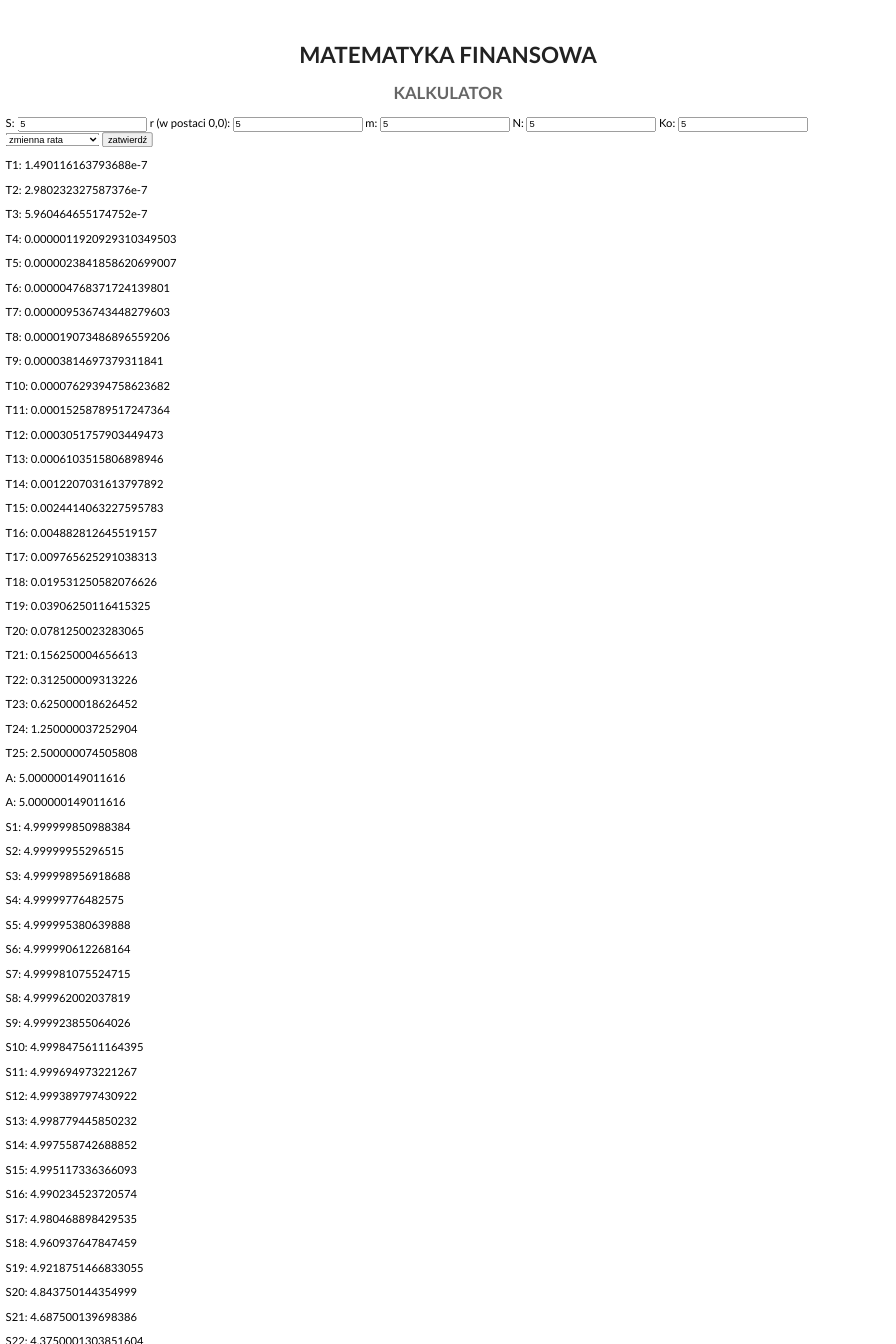
Repository: ravkita/MFCalc
Page: index.html
These files come from the project's save history. The page is drawn as it stood at one moment and after the next save; the edit follows.
The browser window is 1280 px wide. The pictures show the part of the page from y = 0 to 1920 px (the page is 2956 px tall before and 720 px after), at 70% of full size.
Empty fields were first filled with sample values (such as "Sample", 5 or name@example.com).
After loading, the first visible `#confirm` was clicked once.

Above is the page before, as saved 2021-04-12 18:55:54.

After the next save:
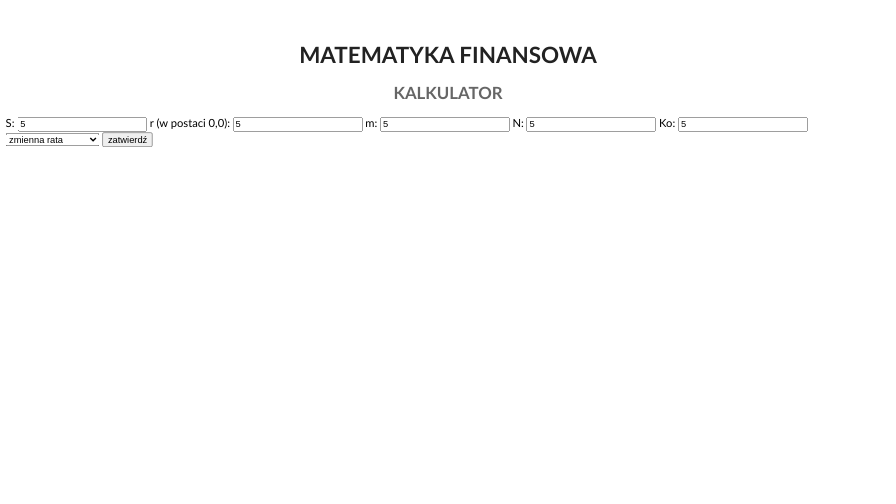
Console error: ReferenceError: sumatn is not defined
Saved 14 min 35 s later.
--- a/index.html
+++ b/index.html
@@ -58,6 +58,10 @@
         let a;
         let Ko;
         let Sn = [];
+
+        // RATY
+
+
         function rataStała(){
             const el = document.createElement("p");
             let t = s/(m*N);
@@ -66,13 +70,21 @@
         }
         function rataZmienna(){
             let tn = [];
+            let sumaTn = 0;
                 for(let i = 1; i<=N*m; i++){
                     const el = document.createElement("p");
                     tn[i-1] = s*((Math.pow(q, i) - Math.pow(q, i-1))/(Math.pow(q, m*N) - 1));
+                    sumatn += tn[i-1];
                     el.innerText = `T${i}: ${tn[i-1]}`;
                     document.querySelector('.result').appendChild(el);
                 }
-        }
+                const suma = document.createElement("p");
+            suma.innerText = `Suma rat: ${sumaTn}`;
+            document.querySelector('.result').appendChild(suma);
+        }
+
+        //KWOTA PŁATNOŚCI
+
         function kwotaPlatnosciStala(){
             const el = document.createElement("p");
             a = s*Math.pow(q, m*N)*((q-1)/(Math.pow(q, m*N)-1));
@@ -87,14 +99,8 @@
                 document.querySelector('.result').appendChild(el);
             }
         }
-        function narastanieKapitału(){
-            for(let i = 1; i<=N; i++){
-                const el = document.createElement("p");
-                let Kn = Ko*(Math.pow((1+(r/m)), i*m));
-                el.innerText = `K${i}: ${Kn}`;
-                document.querySelector('.result').appendChild(el);
-            }
-        }
+
+        // ODSETKI
         function odsetkiPrzyStalejRacie(){
             for(let i = 1; i<=N*m; i++){
                 const el = document.createElement("p");
@@ -103,15 +109,7 @@
                 document.querySelector('.result').appendChild(el);
             }
         }
-        function saldoPrzyStałejKwocie(){
-            kwotaPlatnosciStala();
-            for(let i = 1; i<=N*m; i++){
-                const el = document.createElement("p");
-                Sn[i-1] = s*(Math.pow((1+(r/m)), i)) - a*((Math.pow((1+(r/m)), i)-1)/((1+(r/m))-1));
-                el.innerText = `S${i}: ${Sn[i-1]}`;
-                document.querySelector('.result').appendChild(el);
-            }
-        }
+
         function odsetkiPrzyStalejKwocie(){
             saldoPrzyStałejKwocie();
             let On
@@ -133,6 +131,43 @@
             suma.innerText = `Suma odsetek: ${sumaO}`;
             document.querySelector('.result').appendChild(suma);
         }
+
+
+        //SALDO
+        function saldoPrzyStałejKwocie(){
+            kwotaPlatnosciStala();
+            for(let i = 1; i<=N*m; i++){
+                const el = document.createElement("p");
+                Sn[i-1] = s*(Math.pow((1+(r/m)), i)) - a*((Math.pow((1+(r/m)), i)-1)/((1+(r/m))-1));
+                el.innerText = `S${i}: ${Sn[i-1]}`;
+                document.querySelector('.result').appendChild(el);
+            }
+        }
+
+        function saldoPrzyStałejRacie(){
+            kwotaPlatnosciStala();
+            for(let i = 1; i<=N*m; i++){
+                const el = document.createElement("p");
+                let SnS = s*(1-(i/(N*m)));
+                el.innerText = `S${i}: ${SnS}`;
+                document.querySelector('.result').appendChild(el);
+            }
+        }
+
+
+        //NARASTANIE KAPITAŁU
+
+        function narastanieKapitału(){
+            for(let i = 1; i<=N; i++){
+                const el = document.createElement("p");
+                let Kn = Ko*(Math.pow((1+(r/m)), i*m));
+                el.innerText = `K${i}: ${Kn}`;
+                document.querySelector('.result').appendChild(el);
+            }
+        }
+
+
+
         function getData(){
             document.getElementById('confirm').addEventListener('click', (e) =>{
                 s = document.querySelector('.s').value;
@@ -149,6 +184,7 @@
                     rataZmienna();
                     kwotaPlatnosciStala();
                     odsetkiPrzyStalejKwocie()
+                    saldoPrzyStałejKwocie()
                     break;
                     case "2":
                     kwotaPlatnosciZmienna();

After the save that followed:
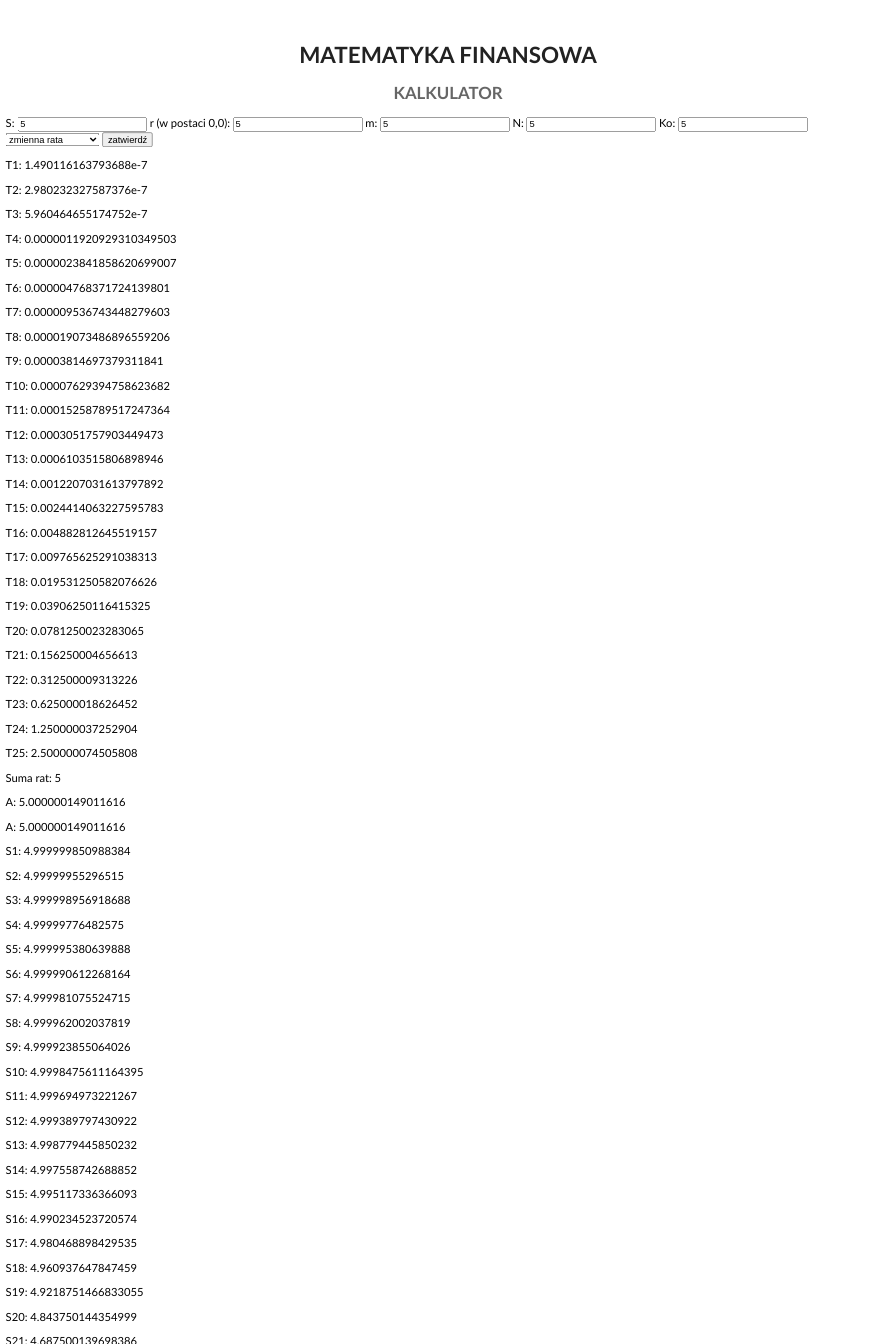
The error is gone.
Saved 49 s later.
--- a/index.html
+++ b/index.html
@@ -74,7 +74,7 @@
                 for(let i = 1; i<=N*m; i++){
                     const el = document.createElement("p");
                     tn[i-1] = s*((Math.pow(q, i) - Math.pow(q, i-1))/(Math.pow(q, m*N) - 1));
-                    sumatn += tn[i-1];
+                    sumaTn += tn[i-1];
                     el.innerText = `T${i}: ${tn[i-1]}`;
                     document.querySelector('.result').appendChild(el);
                 }
